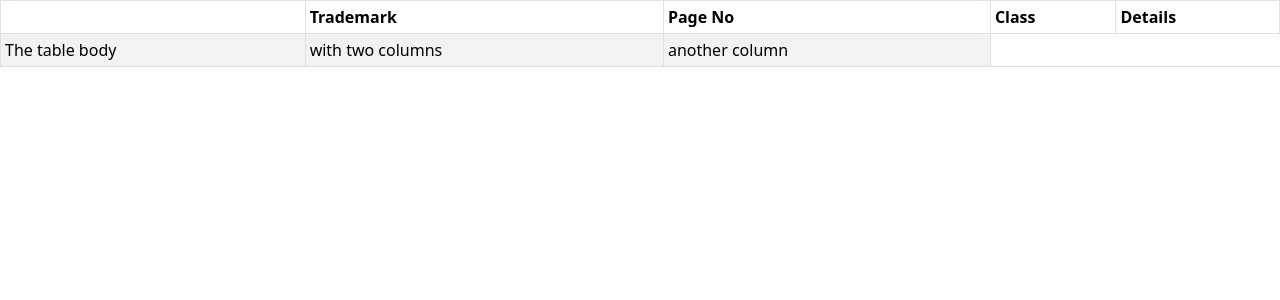
Repository: ishanbassi/trademark-gazette-searcher
Page: /
The author's editor kept a copy of each file at every save. The page is drawn from the files as they stood at one save, then again after the next save.
The browser window is 1280 px wide. The pictures show the whole page.
The project was rebuilt for these pictures with package versions that can differ from the ones it lists, and the page was loaded fresh each time. The framework's server and built-in components were replaced by stand-ins that run in the browser. Also part of the build but not shown: next.config.js, styles/global.css.

Above is the page before, as saved 2022-04-04 16:15:05.

After the next save:
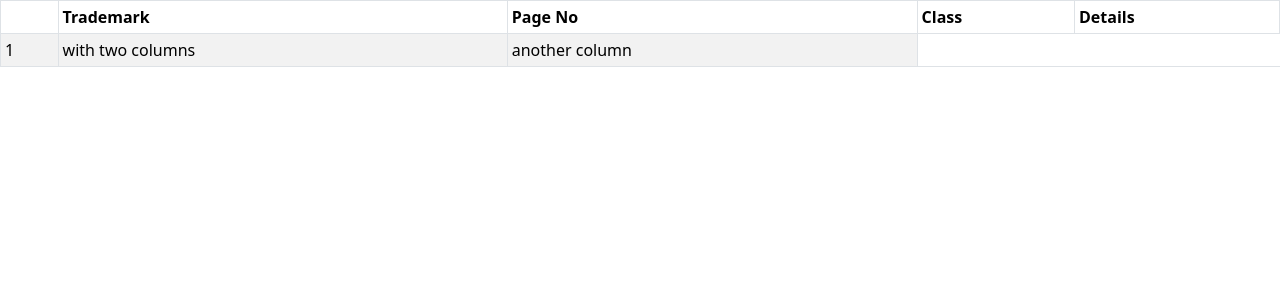
Saved 26 s later.
--- a/pages/index.tsx
+++ b/pages/index.tsx
@@ -14,7 +14,7 @@ export default function App(props) {
             </thead>
             <tbody>
                 <tr>
-                    <td>The table body</td>
+                    <td>1</td>
                     <td>with two columns</td>
                     <td>another column</td>
 
